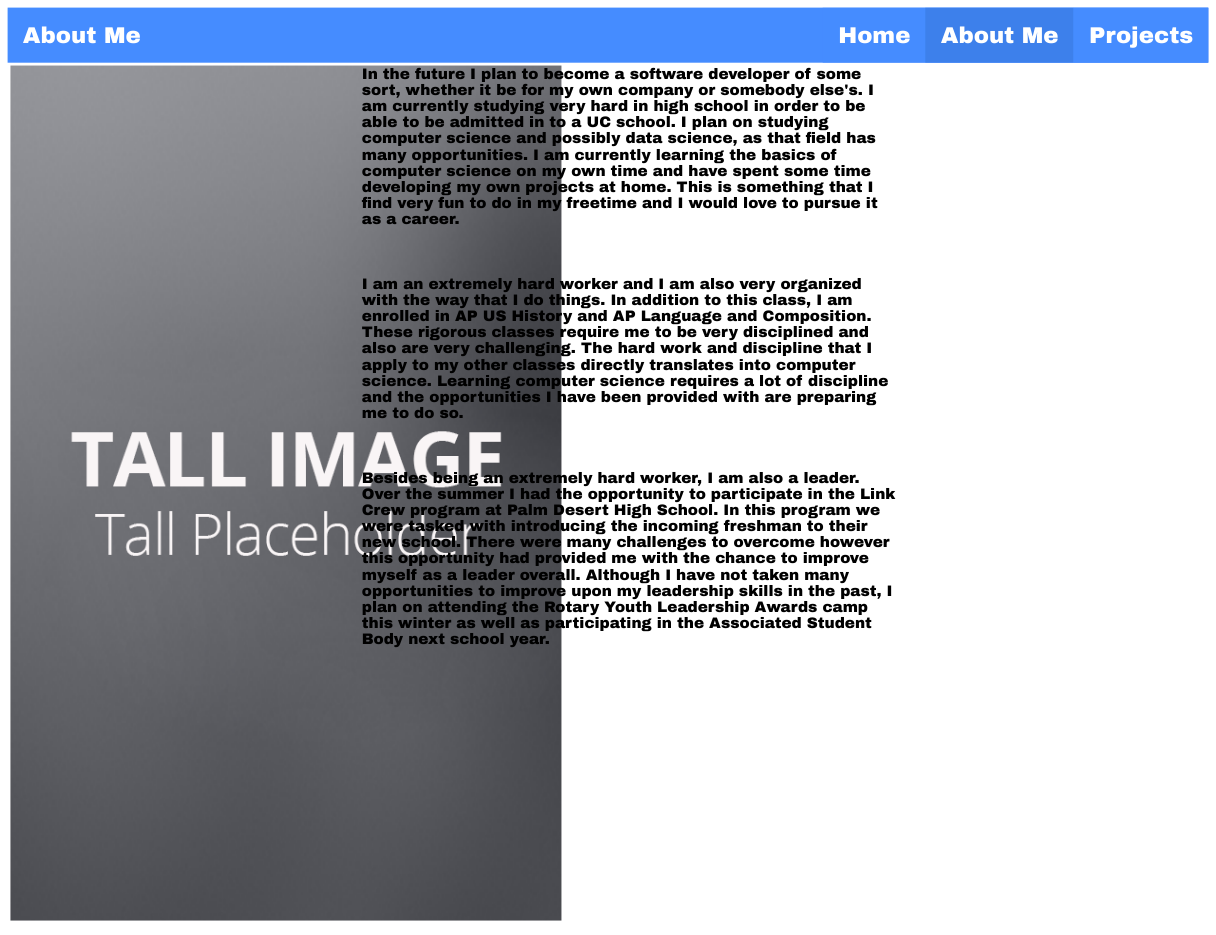
Repository: br4y/br4y.github.io
Page: about.html
The author's editor kept a record of every edit. The page is drawn from the files as they stood at one moment, then again after the next edit.
The browser window is 1280 px wide. The pictures show the whole page, at 95% of full size.

Above is the page before.

### about.html
<!DOCTYPE html>
<link href="StyleSheet.css" rel="stylesheet" type="text/css">
<html>
    <head>
        <div class="navbar">
        <a>About Me</a>
        <div class="links">
          <a href="index.html">Home</a>
          <a class="active" href="about.html">About Me</a>
      <div class="dropdown">
        <div class="morelinks">Projects</div>
        <div class="dropdown-content">
          <a href="#">Projects</a>
          <a href="#">Projects</a>
        </div>
      </div>
     </div>

    </div>
        </head>

        <body>
           <table>
               <tr>
                    <td class="portrait"><img src="images/placeholder-image-tall.png"></img></td>
                    <td class="about-text">
                       In the future I plan to become a software developer of some sort, whether it be for my own company or somebody else's. I am currently studying very hard in high school in order to be able to be admitted in to a UC school. I plan on studying computer science and possibly data science, as that field has many opportunities. I am currently learning the basics of computer science on my own time and have spent some time developing my own projects at home. This is something that I find very fun to do in my freetime and I would love to pursue it as a career.
                       <br></br><br></br>
                       I am an extremely hard worker and I am also very organized with the way that I do things. In addition to this class, I am enrolled in AP US History and AP Language and Composition. These rigorous classes require me to be very disciplined and also are very challenging. The hard work and discipline that I apply to my other classes directly translates into computer science. Learning computer science requires a lot of discipline and the opportunities I have been provided with are preparing me to do so.
                       <br></br><br></br>
                       Besides being an extremely hard worker, I am also a leader. Over the summer I had the opportunity to participate in the Link Crew program at Palm Desert High School. In this program we were tasked with introducing the incoming freshman to their new school. There were many challenges to overcome however this opportunity had provided me with the chance to improve myself as a leader overall. Although I have not taken many opportunities to improve upon my leadership skills in the past, I plan on attending the Rotary Youth Leadership Awards camp this winter as well as participating in the Associated Student Body next school year.
                       <br></br>
                    </td>
               </tr>
           </table>
        </body>
</html>

### StyleSheet.css
       .navbar{
        background-color: #458cff;
        width:100%;
        overflow: hidden;
        font-family:"Arial Black", Gadget, sans-serif;
      }

      .active {
        background-color:#3d80eb;;
      }

      .navbar a {
        color: white;
        font-size: 24px;
        text-decoration: none;
        padding:16px;
        float:left;
      }

      .links {
        font-family:"Arial Black", Gadget, sans-serif;
        background-color: #458cff;
        color: white;
        float: right;
        text-decoration: none;
        font-size: 24px;
      }

      .morelinks {
        color: white;
        font-size: 24px;
        text-decoration: none;
        padding:16px;
      }

      .navbar a:hover, .morelinks:hover {
        background-color: #3d80eb;
      }

      .dropdown:hover .dropdown-content {
        display:block;
      }

      .dropdown-content {
        position: absolute;
        z-index:  1;
        display:none;
        background-color: #458cff;
        font-family:"Arial Black", Gadget, sans-serif;
      }

      .dropdown {
        font-family:"Arial Black", Gadget, sans-serif;
        background-color: #458cff;
        color: white;
        float: right;
        text-decoration: none;
        font-size: 24px;

      }

      .dropdown-content a{
        float: none;
        display:block;
      }

    .dog {
        width:40px;
        height:40px;
        border-radius:50%;
        padding:5px;
        display:inline;
        vertical-align:middle;
    }

    .portrait {
        width:28%;
        float:left;
    }

    .about-text {
        text-align:left;
        font-family:"Arial Black", Gadget, sans-serif;
        width:45%;
        display:inline-block;
        margin-left:15px;
    }


    table {
        width:100%;
    }

    .column1{
        height:40%;
        float:left;
        padding-left:10%
    }

    .column2 {
        height:40%;
        margin-left:30%;
    }

    .column3 {
        height:40%;
        float: right;
        padding-right:10%;
    }

    .spacerow {
        height:100%;
        padding-top:50px;
        color:white;
        font-size:100px;
    }

    .navbuttons {
        margin-right:10px;
        padding-right:20px;
        background-color:#458cff;
        display:inline-block;
        text-align: right;
        color:white;
        font-size:75%;
        font-family:"Arial Black", Gadget, sans-serif;
    }

After the next edit:
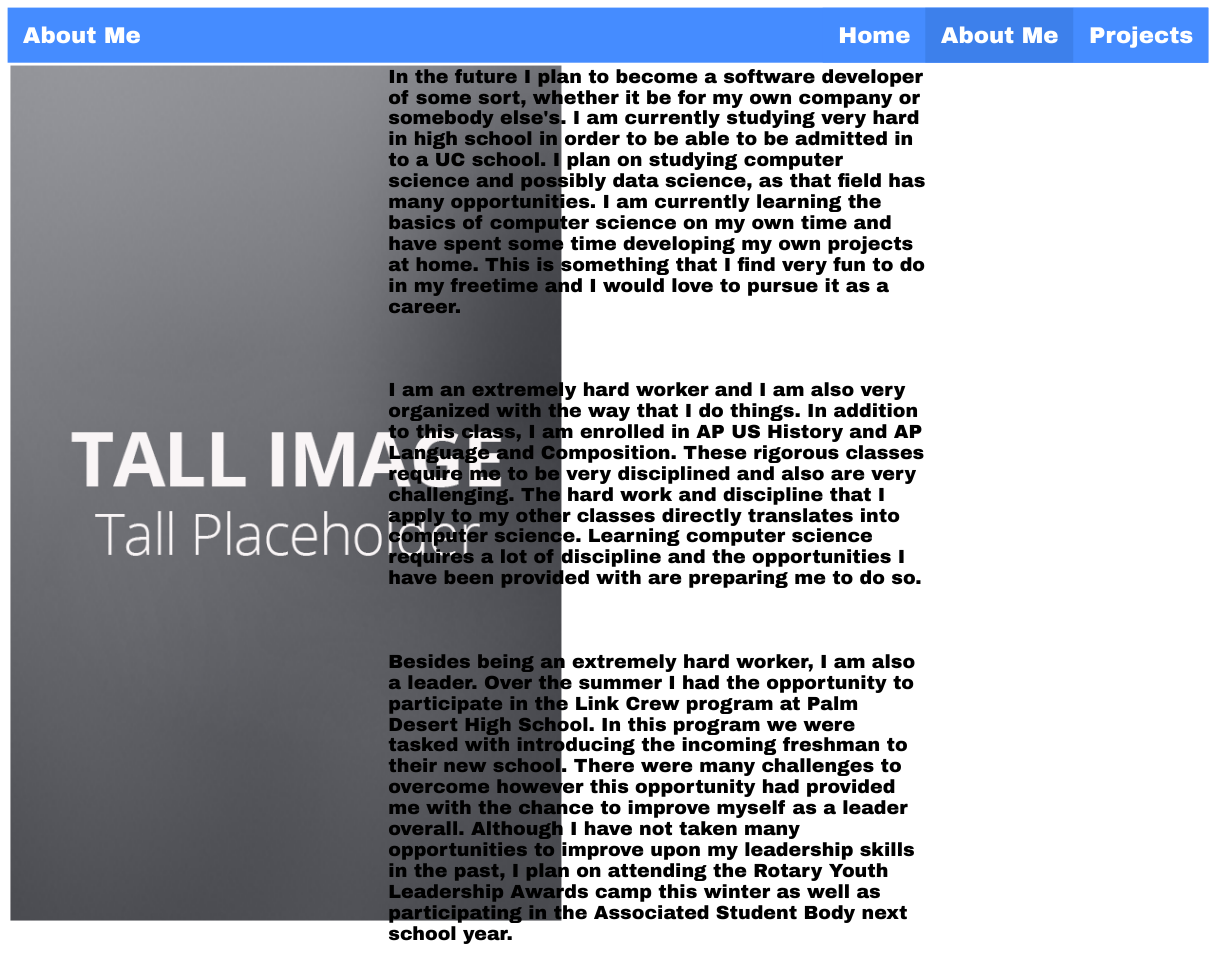
The edit:
--- a/StyleSheet.css
+++ b/StyleSheet.css
@@ -80,6 +80,8 @@
 
     .about-text {
         text-align:left;
+        font-size:20px;
+        padding-left:2.3%;
         font-family:"Arial Black", Gadget, sans-serif;
         width:45%;
         display:inline-block;
